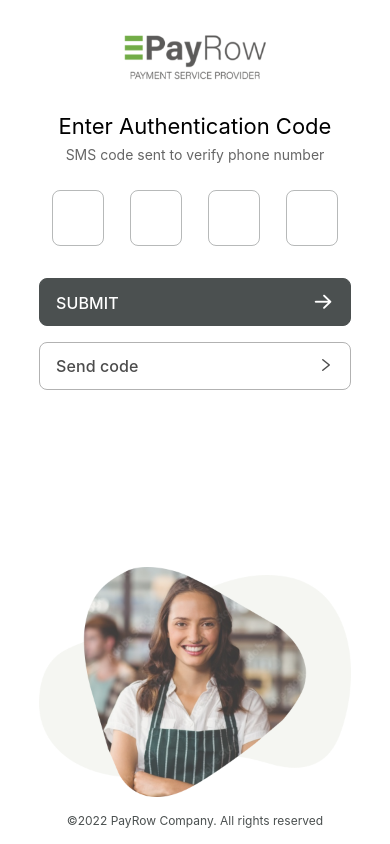
Repository: rishabh-critical-river/payrowios
Screen: /Create Account
These files come from the project's save history. The screen is drawn as it stood at one moment and after the next save; the edit follows.
The app was drawn by React Native's web renderer in a window 390 px wide. The project was rebuilt for these pictures with package versions that can differ from the ones it lists, and the page was loaded fresh each time. Also part of the build but not shown: screens/home/HomeScreen.tsx, screens/home/HomeComponents/TapToPay.tsx, screens/home/HomeComponents/PaymentSummary.js, screens/home/HomeComponents/AddItem.js, screens/home/HomeComponents/TapCard.tsx, screens/home/HomeComponents/EnterPin.tsx, screens/home/HomeComponents/Confirmation.tsx, screens/home/HomeComponents/NewPayment.tsx and 37 more.

Above is the screen before, as saved 2023-07-28 22:29:59.

After the next save:
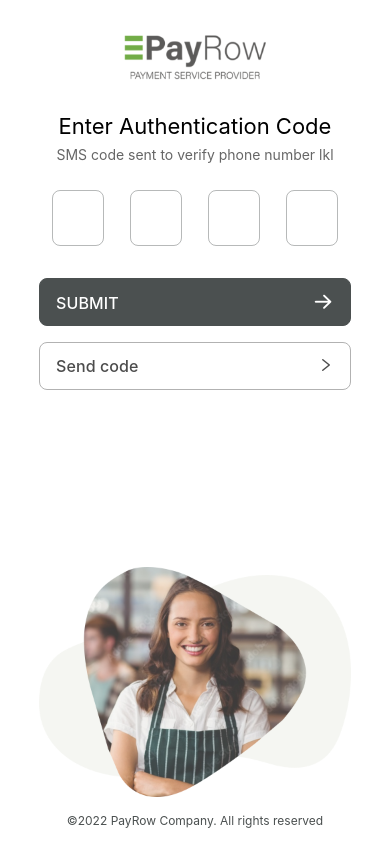
Saved 5 s later.
--- a/screens/onboarding/CreateAccount.js
+++ b/screens/onboarding/CreateAccount.js
@@ -45,7 +45,7 @@
           }}
         >
           <Text style={{ alignSelf: "center", color: "#666666" }}>
-            SMS code sent to verify phone number
+            SMS code sent to verify phone number lkl
           </Text>
         </View>
         <View

After the save that followed:
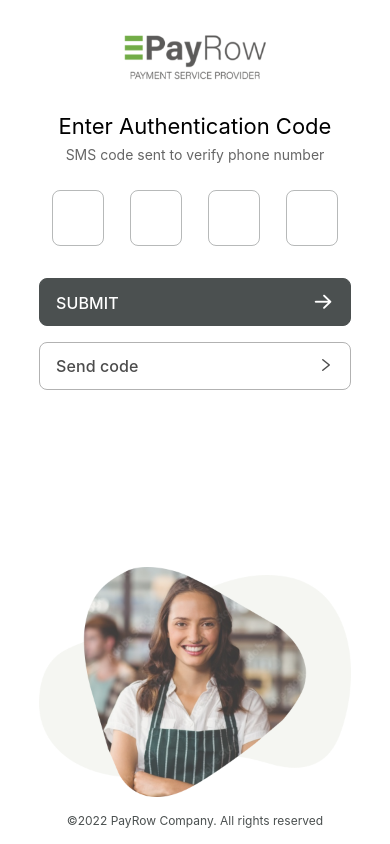
Saved 20 s later.
--- a/screens/onboarding/CreateAccount.js
+++ b/screens/onboarding/CreateAccount.js
@@ -45,7 +45,7 @@
           }}
         >
           <Text style={{ alignSelf: "center", color: "#666666" }}>
-            SMS code sent to verify phone number lkl
+            SMS code sent to verify phone number
           </Text>
         </View>
         <View
